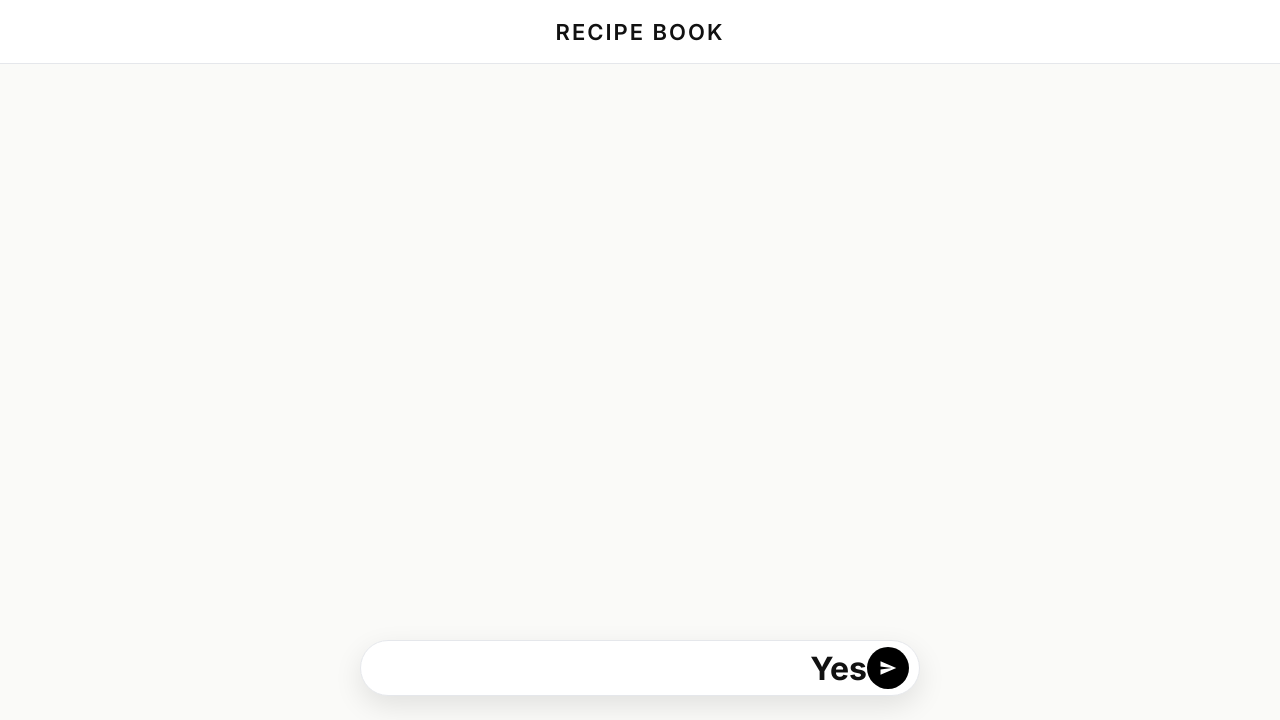
Repository: Tanvir0072309/Recipe-App
Page: /
The author's editor kept a copy of each file at every save. The page is drawn from the files as they stood at one save, then again after the next save.
The browser window is 1280 px wide. The pictures show the whole page.
The project was rebuilt for these pictures with package versions that can differ from the ones it lists, and the page was loaded fresh each time. Also part of the build but not shown: vite.config.js.

Above is the page before, as saved 2026-01-25 15:08:57.

### index.html
<!doctype html>
<html lang="en">
  <head>
    <meta charset="UTF-8" />
    <meta name="viewport" content="width=device-width, initial-scale=1.0" />
    <title>Recipe App</title>
  </head>
  <body>
    <div id="root"></div>
    <script type="module" src="/src/index.jsx"></script>
  </body>
</html>

### src/index.jsx
import React from "react";
import ReactDOM from "react-dom/client";
import { Header } from "./components/header";
import { RecipeInput } from "./components/RecipeInput";
import "./index.css";
import MyMain from "./components/main";

const root = ReactDOM.createRoot(document.getElementById("root"));

root.render(
    <React.StrictMode>
        <Header />
        <MyMain />
    </React.StrictMode>
);

### src/components/header.jsx
import React from "react";
import "../index.css"; // kyunki index.css src me hai

export function Header() {
    return (
        <header className="ai-header">
            <h1 className="app-title">RECIPE BOOK</h1>
        </header>
    );
}

### src/components/RecipeInput.jsx
import { useState, useRef } from "react";
import "../index.css";
import React from "react";

export function RecipeInput({ onAdd }) {
    const [result, setResult] = React.useState("false");
    const [text, setText] = useState("");
    const inputRef = useRef(null);

    const handleSubmit = (e) => {
        e.preventDefault();

        if (text.trim() === "") return;

        onAdd(text);     // ✅ array me ja raha
        setText("");     // ✅ input clear

        inputRef.current.focus(); // ✅ cursor back
    };

    function handleChange() {
        setResult(prev => !prev);
    }

    return (
        <form onSubmit={handleSubmit}>
            <div className="floating-input">
                <input
                    ref={inputRef}
                    type="text"
                    value={text}
                    onChange={(e) => setText(e.target.value)}
                    autoFocus
                />
                <h1>{result ? "Yes" : "No"}</h1>
                <button onClick={handleChange} type="submit" aria-label="submit">
                    {/* FIXED ICON */}
                    <svg
                        width="18"
                        height="18"
                        viewBox="0 0 24 24"
                        fill="white"
                    >
                        <path d="M2 21L23 12L2 3V10L17 12L2 14Z" />
                    </svg>
                </button>
            </div>
        </form>
    );
}

### src/index.css
/* ===== GOOGLE FONT ===== */
@import url("https://fonts.googleapis.com/css2?family=Inter:wght@400;500;600;700&display=swap");

/* ===== RESET ===== */
* {
  margin: 0;
  padding: 0;
  box-sizing: border-box;
  font-family: "Inter", system-ui, sans-serif;
}

/* ===== PAGE ===== */
body {
  background: #fafaf8;
  color: #111111;
  min-height: 100vh;
}

/* ===== HEADER ===== */
.ai-header {
  height: 64px;
  width: 100%;
  background: #ffffff;

  display: flex;
  align-items: center;
  justify-content: center;
  gap: 12px;

  border-bottom: 1px solid #e5e7eb;
}

.logo-icon {
  font-size: 20px;
  opacity: 0.85;
}

.app-title {
  font-size: 22px;
  font-weight: 600;
  letter-spacing: 2px;
  text-transform: uppercase;
}

/* ===== FLOATING INPUT ===== */
.floating-input {
  position: fixed;
  bottom: 24px;
  left: 50%;
  transform: translateX(-50%);

  width: min(92%, 560px);
  height: 56px;

  background: #ffffff;
  border: 1px solid #e5e7eb;
  border-radius: 999px;

  display: flex;
  align-items: center;
  padding: 8px 10px 8px 18px;

  box-shadow: 0 12px 32px rgba(0, 0, 0, 0.1);
}

/* ===== INPUT ===== */
.floating-input input {
  flex: 1;
  border: none;
  outline: none;
  font-size: 15px;
  background: transparent;
  color: #111111;
}

/* ===== BUTTON ===== */
.floating-input button {
  width: 42px;
  height: 42px;
  border-radius: 50%;
  border: none;

  background: #000000;
  color: #ffffff;
  font-size: 18px;

  cursor: pointer;
  display: flex;
  align-items: center;
  justify-content: center;
}

.floating-input button:hover {
  opacity: 0.9;
}

/* ===== RECIPE LIST ===== */
/* ===== FLOATING INPUT ===== */
.floating-input {
  position: fixed;
  bottom: 24px;
  left: 50%;
  transform: translateX(-50%);

  width: min(92%, 560px);
  height: 56px;

  background: #ffffff;
  border-radius: 999px;

  display: flex;
  align-items: center;
  padding: 8px 10px 8px 18px;

  box-shadow: 0 10px 28px rgba(0, 0, 0, 0.1);
}

/* ===== INPUT (CURSOR ONLY) ===== */
.floating-input input {
  flex: 1;
  border: none;
  outline: none;
  background: transparent;

  font-size: 15px;
  color: #111111;
  caret-color: #000000;
  /* 👈 cursor line */
}

/* remove default focus styles */
.floating-input input:focus {
  outline: none;
  box-shadow: none;
}

/* ===== BUTTON ===== */
.floating-input button {
  width: 42px;
  height: 42px;
  border-radius: 50%;
  border: none;

  background: #000000;
  cursor: pointer;

  display: flex;
  align-items: center;
  justify-content: center;
}

/* index.css mein check karein */
ul {
  list-style: disc;
  margin: 20px;
  color: black;
  /* Ensure text color is visible */
}

li {
  padding: 10px;
  border-bottom: 1px solid #eee;
}

### src/components/main.jsx
import { useState } from "react";
import { RecipeInput } from "./RecipeInput";
import React from "react";

export default function Main() {
    const [items, setItems] = useState([]);


    const addItem = (value) => {
        setItems((prev) => [...prev, value]);
    };

    return (
        <>
            <div style={{ paddingBottom: "120px" }}>
                <ul>
                    {items.map((item, i) => (
                        <li key={i}>{item}</li>
                    ))}
                </ul>
            </div>

            <RecipeInput onAdd={addItem} />
        </>
    );
}

After the next save:
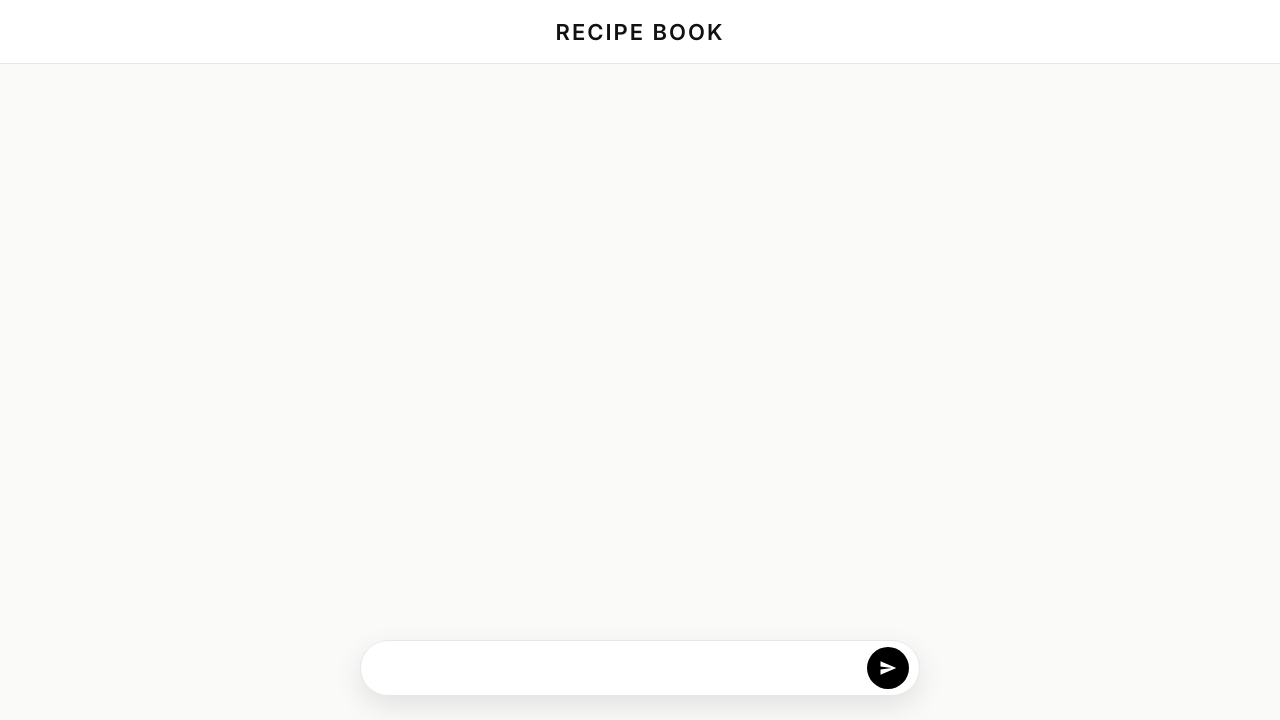
Saved 21 h 50 min later.
--- a/src/components/RecipeInput.jsx
+++ b/src/components/RecipeInput.jsx
@@ -32,7 +32,6 @@ export function RecipeInput({ onAdd }) {
                     onChange={(e) => setText(e.target.value)}
                     autoFocus
                 />
-                <h1>{result ? "Yes" : "No"}</h1>
                 <button onClick={handleChange} type="submit" aria-label="submit">
                     {/* FIXED ICON */}
                     <svg
